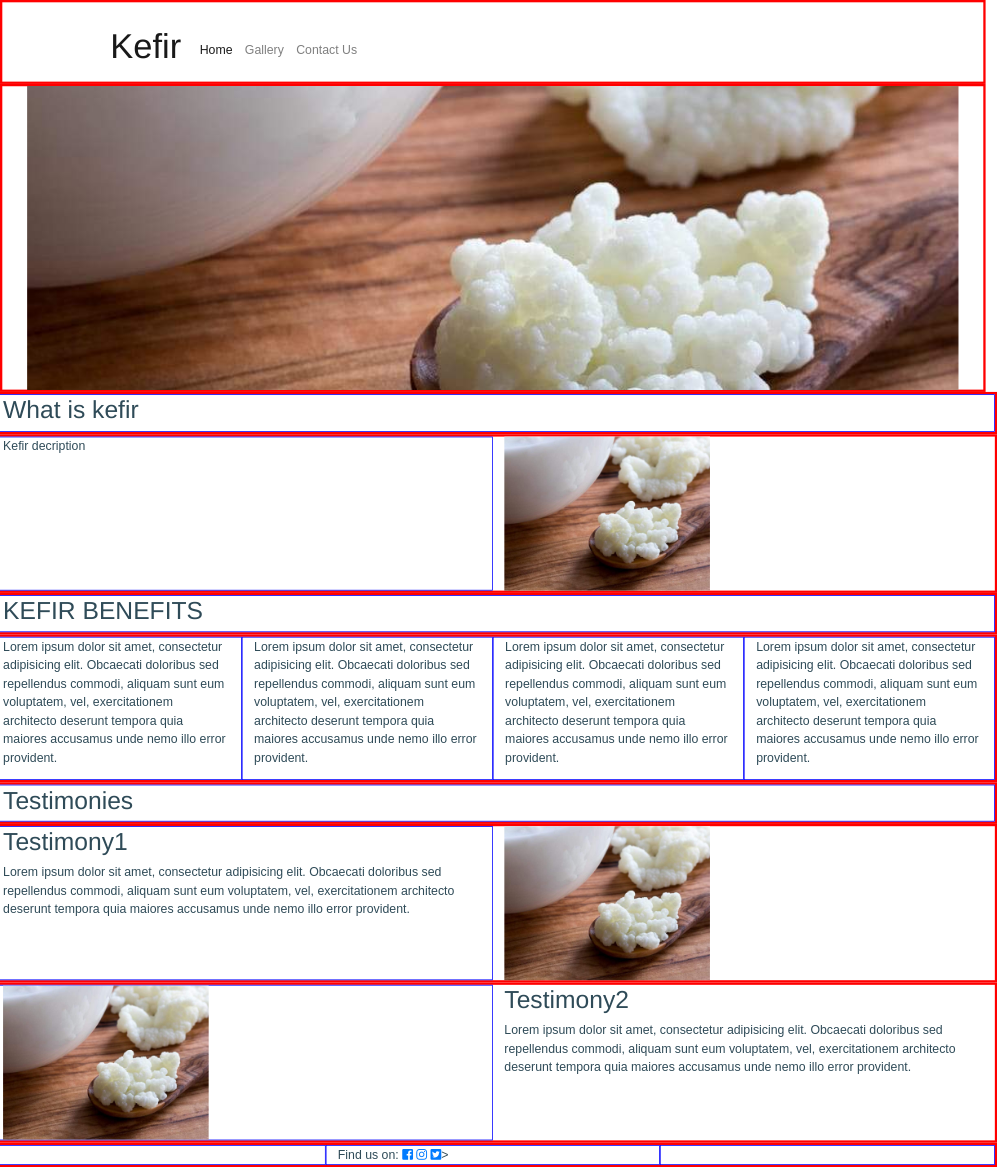
Repository: andna5980/kefir-web
Page: src/index.html
The author's editor kept a copy of each file at every save. The page is drawn from the files as they stood at one save, then again after the next save.
The browser window is 1280 px wide. The page is 1295 px wide, so the pictures cover 1295 px, including what lies to the right of the window. The pictures show the whole page, at 77% of full size.
Some web fonts or font styles are not loaded; a fallback is used. Some web libraries are served in a nearby version.

Above is the page before, as saved 2021-02-28 12:53:40.

After the next save:
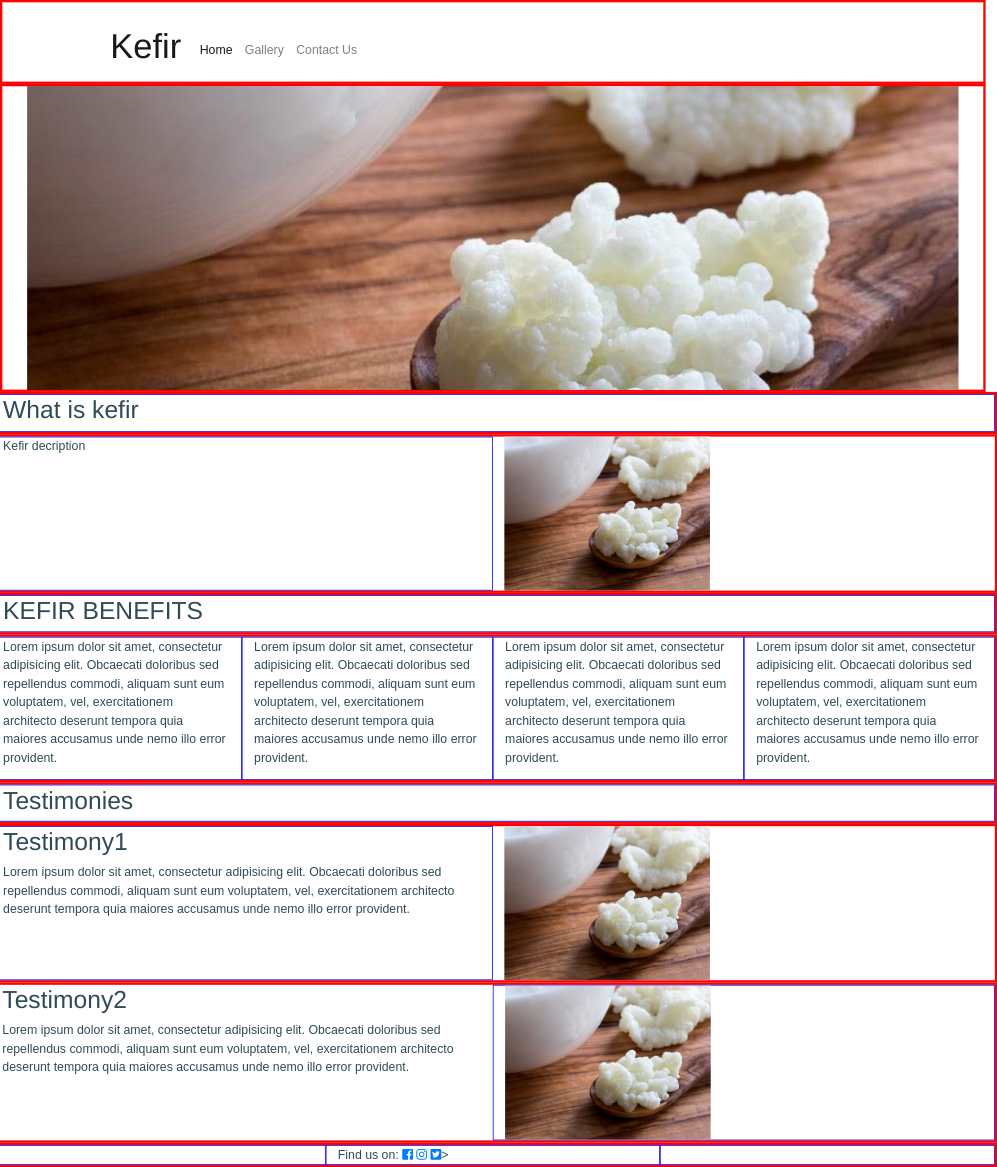
Saved 10 min 29 s later.
--- a/src/index.html
+++ b/src/index.html
@@ -127,10 +127,11 @@
     </div>
 
     <div class="test-red row">
-      <div class="test-blue col-12 col-sm-6">
+
+      <div class="test-blue col-12 col-sm-6 order-1 order-sm-2">
         <img src="../src/assets/images/milk-kefir-grains-spoon_1024x1024.jpg" alt="kefir-products" height="200">
       </div>
-      <div class="col-12 col-sm-6">
+      <div class="col-12 col-sm-6 order-2 order-sm-1">
         <h2>Testimony2</h2>
         <p>Lorem ipsum dolor sit amet, consectetur adipisicing elit. Obcaecati doloribus sed repellendus commodi,
           aliquam sunt eum voluptatem, vel, exercitationem architecto deserunt tempora quia maiores accusamus

After the save that followed:
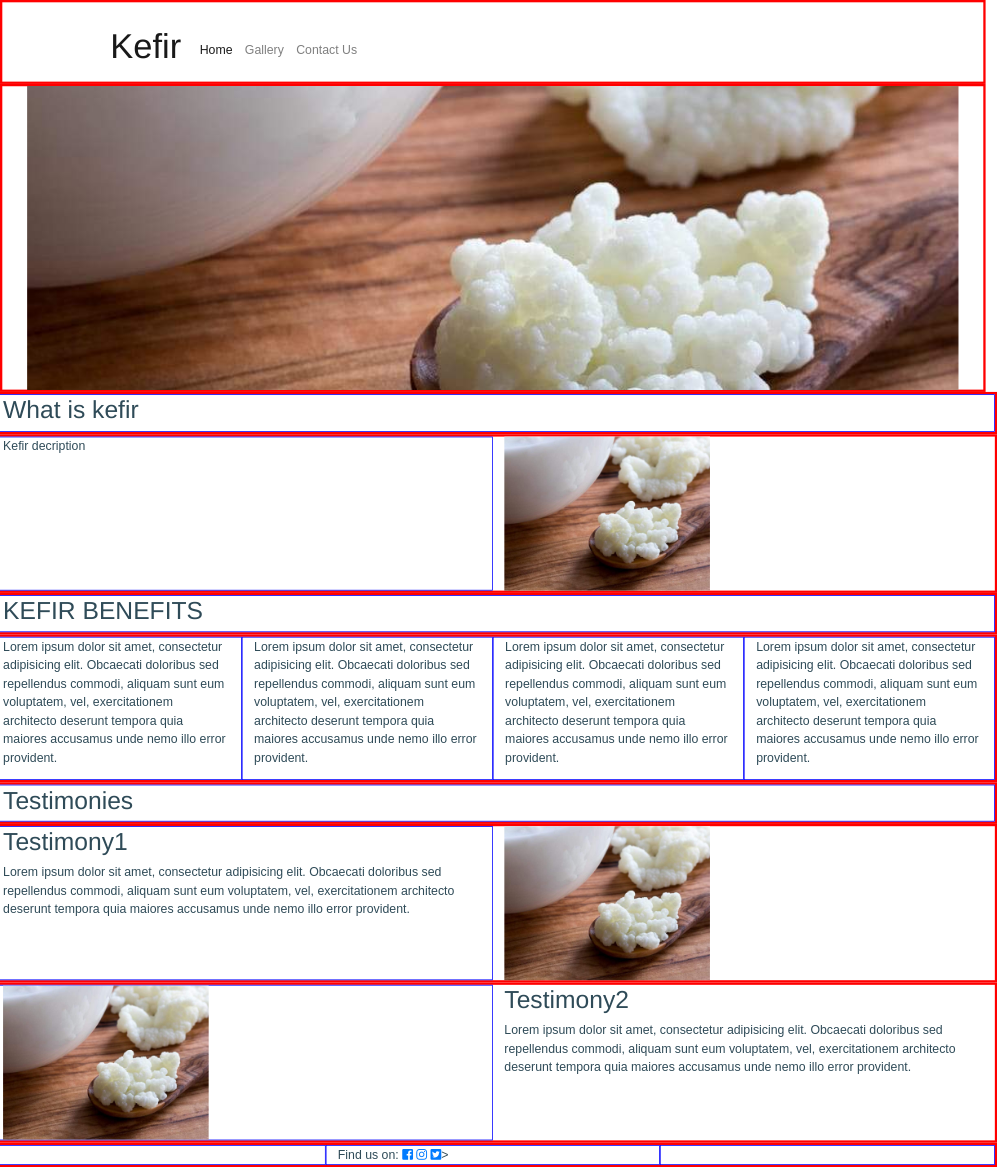
Saved 43 s later.
--- a/src/index.html
+++ b/src/index.html
@@ -128,10 +128,10 @@
 
     <div class="test-red row">
 
-      <div class="test-blue col-12 col-sm-6 order-1 order-sm-2">
+      <div class="test-blue col-12 col-sm-6 order-1.order-sm-2">
         <img src="../src/assets/images/milk-kefir-grains-spoon_1024x1024.jpg" alt="kefir-products" height="200">
       </div>
-      <div class="col-12 col-sm-6 order-2 order-sm-1">
+      <div class="col-12 col-sm-6 order-2.order-sm-1">
         <h2>Testimony2</h2>
         <p>Lorem ipsum dolor sit amet, consectetur adipisicing elit. Obcaecati doloribus sed repellendus commodi,
           aliquam sunt eum voluptatem, vel, exercitationem architecto deserunt tempora quia maiores accusamus
